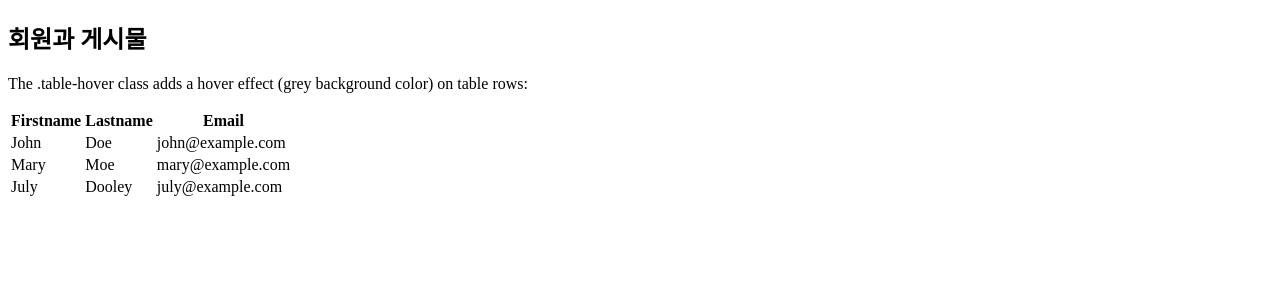
Repository: Sain-Clair/Team5
Page: http://localhost/Student/view/View01.jsp
The author's editor kept a copy of each file at every save. The page is drawn from the files as they stood at one save, then again after the next save.
The browser window is 1280 px wide. The pictures show the whole page.
The page is served by Tomcat 9.

Above is the page before, as saved 2023-09-12 03:39:59.

After the next save:
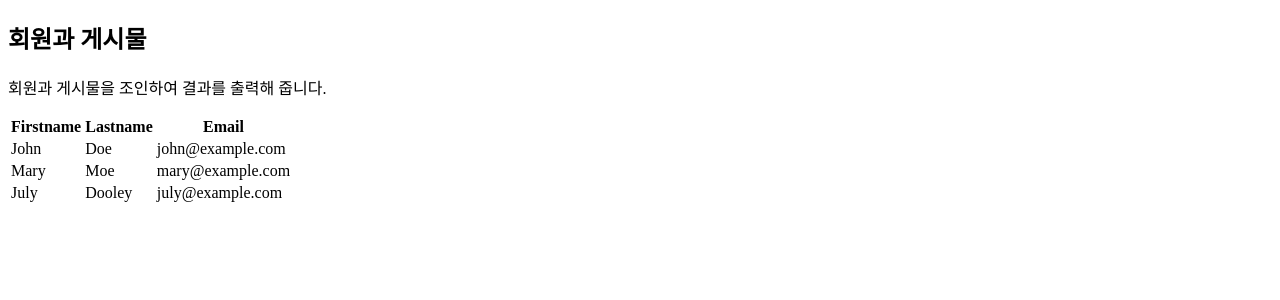
Saved 37 s later.
--- a/Student/src/main/webapp/view/View01.jsp
+++ b/Student/src/main/webapp/view/View01.jsp
@@ -9,7 +9,7 @@
 <body>
 	<div class="container mt-3">
 		<h2>회원과 게시물</h2>
-		<p>The .table-hover class adds a hover effect (grey background color) on table rows:</p>
+		<p>회원과 게시물을 조인하여 결과를 출력해 줍니다.</p>
 		<table class="table table-dark table-hover">
 			<thead>
 				<tr>
